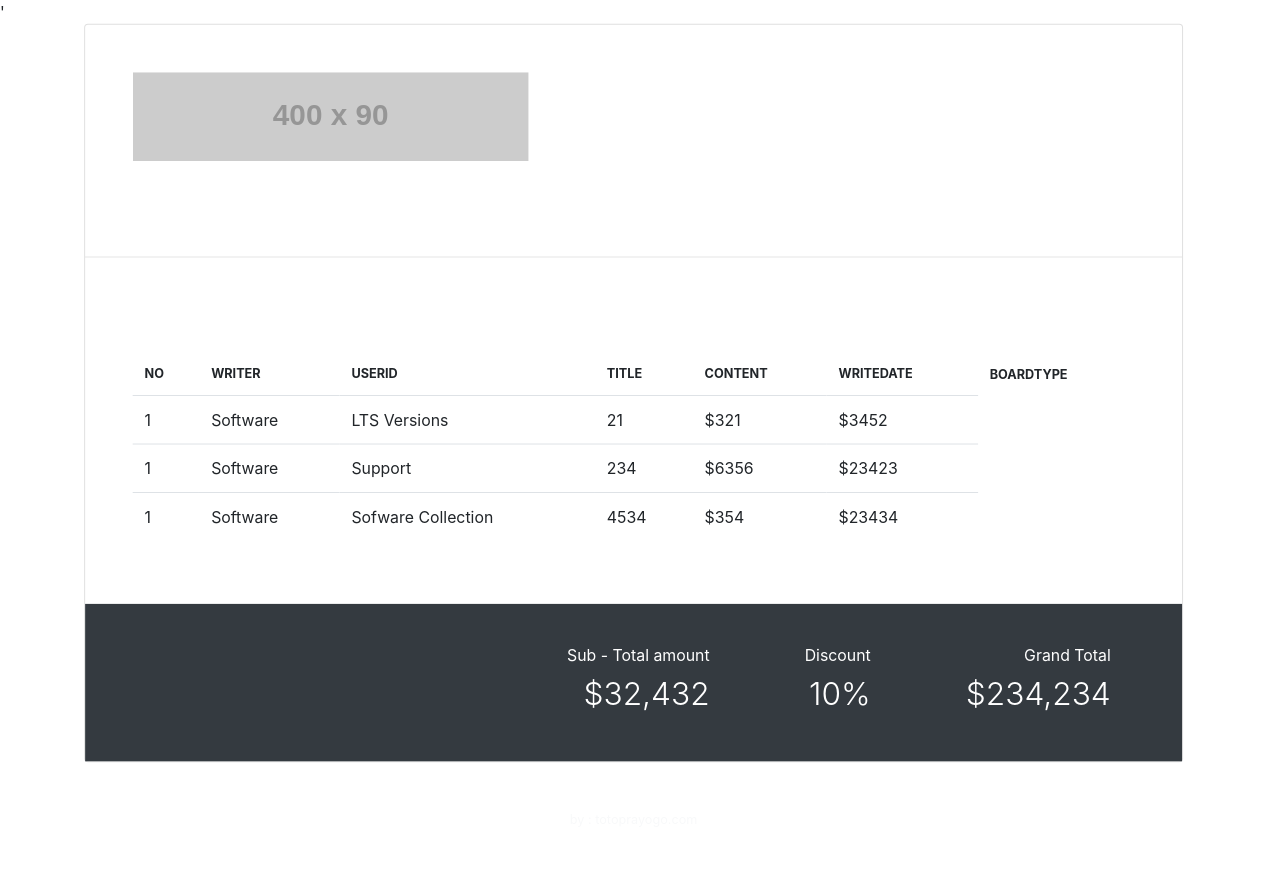
Repository: kim-byoungkwan/OpenBanking
Page: http://localhost/SemiFinalProject/jsp/board/boardList.jsp
These files come from the project's save history. The page is drawn as it stood at one moment and after the next save; the edit follows.
The browser window is 1280 px wide. The pictures show the whole page, at 99% of full size.
Some web libraries are served in a nearby version. The page is served by Tomcat 9. Other server files are loaded and not shown.

Above is the page before, as saved 2022-07-31 14:51:20.
Console error: TypeError: Cannot read properties of undefined (reading 'fn')

### SemiFinalProject/src/main/webapp/jsp/board/boardList.jsp
<%@ page language="java" contentType="text/html; charset=ISO-8859-1"
    pageEncoding="ISO-8859-1"%>
<!DOCTYPE html>
<html>

<head>
<meta charset="ISO-8859-1">
<title>Insert title here</title>
<link href="//maxcdn.bootstrapcdn.com/bootstrap/4.1.1/css/bootstrap.min.css" rel="stylesheet" id="bootstrap-css">
<script src="//maxcdn.bootstrapcdn.com/bootstrap/4.1.1/js/bootstrap.min.js"></script>
<script src="//cdnjs.cloudflare.com/ajax/libs/jquery/3.2.1/jquery.min.js"></script>
<!------ Include the above in your HEAD tag ---------->

</head>

<body>'
<div class="container">
    <div class="row">
        <div class="col-12">
            <div class="card">
                <div class="card-body p-0">
                    <div class="row p-5">
                        <div class="col-md-6">
                            <img src="http://via.placeholder.com/400x90?text=logo">
                        </div>

                    </div>

                    <hr class="my-5">

                    <div class="row p-5">
                        <div class="col-md-12">

                            <table class="table">

                                <thead>
                                    <tr>
                                        <th class="border-0 text-uppercase small font-weight-bold">No</th>
                                        <th class="border-0 text-uppercase small font-weight-bold">Writer</th>
                                        <th class="border-0 text-uppercase small font-weight-bold">UserId</th>
                                        <th class="border-0 text-uppercase small font-weight-bold">Title</th>
                                        <th class="border-0 text-uppercase small font-weight-bold">Content</th>
                                        <th class="border-0 text-uppercase small font-weight-bold">WriteDate</th>
                                        <th class="border-0 text-uppercase small font-weight-bold">BoardType</th>
                                    </tr>
                                </thead>

                                <tbody>
                                    <tr>
                                        <td>1</td>
                                        <td>Software</td>
                                        <td>LTS Versions</td>
                                        <td>21</td>
                                        <td>$321</td>
                                        <td>$3452</td>
                                    </tr>
                                    <tr>
                                        <td>1</td>
                                        <td>Software</td>
                                        <td>Support</td>
                                        <td>234</td>
                                        <td>$6356</td>
                                        <td>$23423</td>
                                    </tr>
                                    <tr>
                                        <td>1</td>
                                        <td>Software</td>
                                        <td>Sofware Collection</td>
                                        <td>4534</td>
                                        <td>$354</td>
                                        <td>$23434</td>
                                    </tr>
                                </tbody>
                            </table>
                        </div>
                    </div>

                    <div class="d-flex flex-row-reverse bg-dark text-white p-4">
                        <div class="py-3 px-5 text-right">
                            <div class="mb-2">Grand Total</div>
                            <div class="h2 font-weight-light">$234,234</div>
                        </div>

                        <div class="py-3 px-5 text-right">
                            <div class="mb-2">Discount</div>
                            <div class="h2 font-weight-light">10%</div>
                        </div>

                        <div class="py-3 px-5 text-right">
                            <div class="mb-2">Sub - Total amount</div>
                            <div class="h2 font-weight-light">$32,432</div>
                        </div>
                    </div>
                </div>
            </div>
        </div>
    </div>

    <div class="text-light mt-5 mb-5 text-center small">by : <a class="text-light" target="_blank" href="http://totoprayogo.com">totoprayogo.com</a></div>

</div>


</body>
</html>

After the next save:
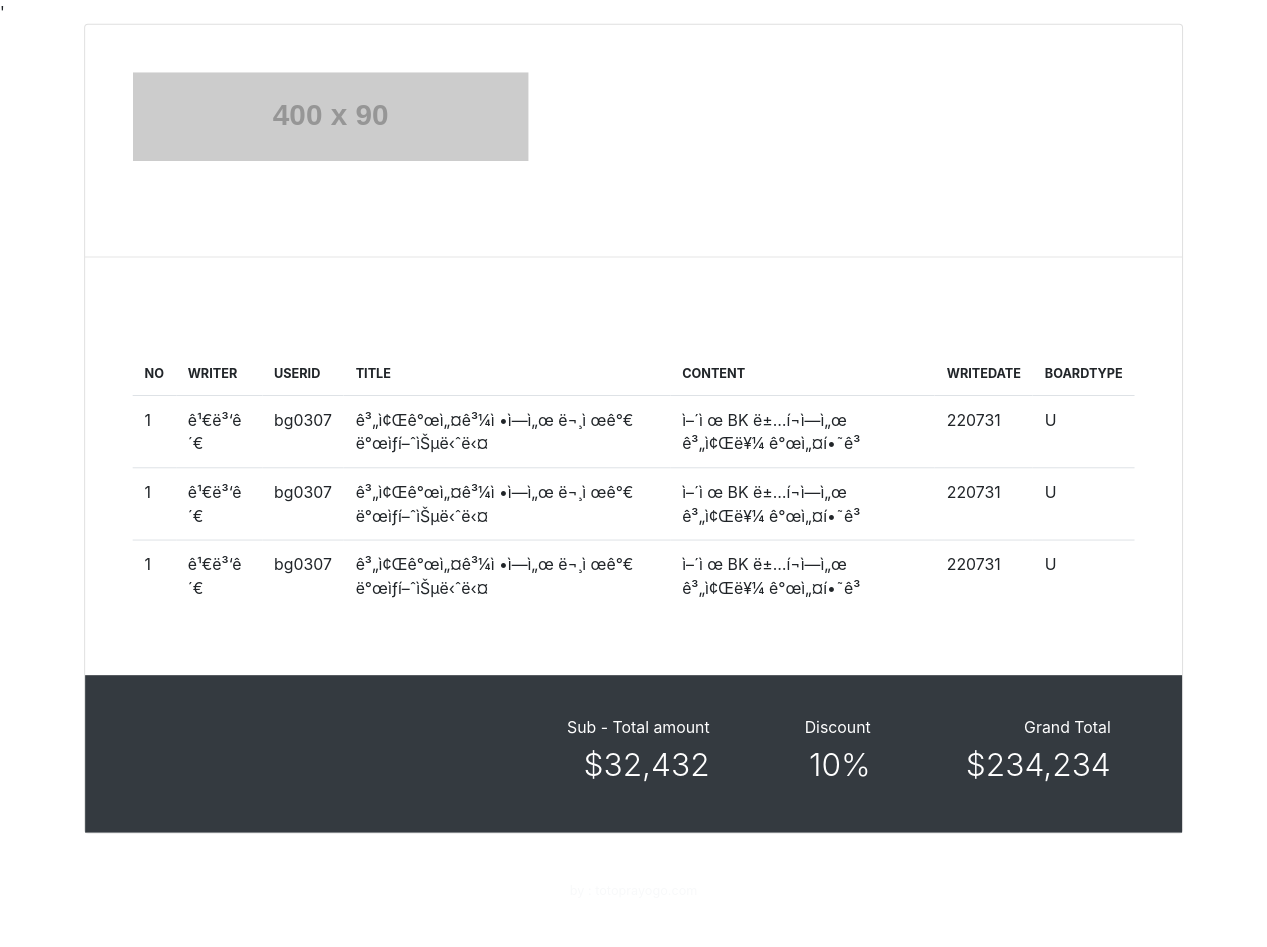
Saved 6 min 55 s later.
--- a/SemiFinalProject/src/main/webapp/jsp/board/boardList.jsp
+++ b/SemiFinalProject/src/main/webapp/jsp/board/boardList.jsp
@@ -48,27 +48,30 @@
                                 <tbody>
                                     <tr>
                                         <td>1</td>
-                                        <td>Software</td>
-                                        <td>LTS Versions</td>
-                                        <td>21</td>
-                                        <td>$321</td>
-                                        <td>$3452</td>
+                                        <td>김병관</td>
+                                        <td>bg0307</td>
+                                        <td>계좌개설과정에서 문제가 발생했습니다</td>
+                                        <td>어제 BK 뱅크에서 계좌를 개설하고</td>
+                                        <td>220731</td>
+                                        <td>U</td>
                                     </tr>
                                     <tr>
                                         <td>1</td>
-                                        <td>Software</td>
-                                        <td>Support</td>
-                                        <td>234</td>
-                                        <td>$6356</td>
-                                        <td>$23423</td>
+                                        <td>김병관</td>
+                                        <td>bg0307</td>
+                                        <td>계좌개설과정에서 문제가 발생했습니다</td>
+                                        <td>어제 BK 뱅크에서 계좌를 개설하고</td>
+                                        <td>220731</td>
+                                        <td>U</td>
                                     </tr>
                                     <tr>
                                         <td>1</td>
-                                        <td>Software</td>
-                                        <td>Sofware Collection</td>
-                                        <td>4534</td>
-                                        <td>$354</td>
-                                        <td>$23434</td>
+                                        <td>김병관</td>
+                                        <td>bg0307</td>
+                                        <td>계좌개설과정에서 문제가 발생했습니다</td>
+                                        <td>어제 BK 뱅크에서 계좌를 개설하고</td>
+                                        <td>220731</td>
+                                        <td>U</td>
                                     </tr>
                                 </tbody>
                             </table>
